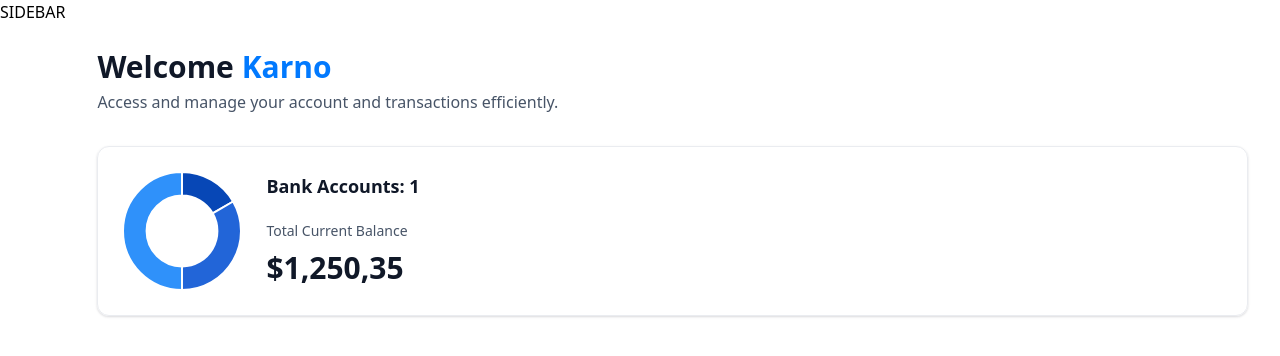
Repository: KarnoSarker/Banking
Page: /
The author's editor kept a copy of each file at every save. The page is drawn from the files as they stood at one save, then again after the next save.
The browser window is 1280 px wide. The pictures show the whole page.
The project was rebuilt for these pictures with package versions that can differ from the ones it lists, and the page was loaded fresh each time. The framework's server and built-in components were replaced by stand-ins that run in the browser. Also part of the build but not shown: next.config.mjs.

Above is the page before, as saved 2024-05-14 18:40:07.

### app/layout.tsx
import type { Metadata } from 'next';
import { Inter, IBM_Plex_Serif } from 'next/font/google';
import './globals.css';

const inter = Inter({ subsets: ['latin'], variable: '--font-inter' });
const ibmPlexSerif = IBM_Plex_Serif({
  subsets: ['latin'],
  weight: ['400', '700'],
  variable: '--font-ibm-plex-serif',
});

export const metadata: Metadata = {
  title: 'CityBank',
  description: 'CityBank for everyone',
  icons: {
    icon: '/icons/logo.svg',
  },
};

export default function RootLayout({
  children,
}: Readonly<{
  children: React.ReactNode;
}>) {
  return (
    <html lang='en'>
      <body className={`${inter.variable} ${ibmPlexSerif.variable}`}>
        {children}
      </body>
    </html>
  );
}

### app/(root)/layout.tsx
export default function RootLayout({
  children,
}: Readonly<{
  children: React.ReactNode;
}>) {
  return (
    <main className='flex h-screen '>
      SIDEBAR
      {children}
    </main>
  );
}

### app/(root)/page.tsx
import HeaderBox from '@/components/HeaderBox';
import TotalBalanceBox from '@/components/TotalBalanceBox';
import React from 'react';

const Home = () => {
  const loggedIn = { firstName: 'Karno' };
  return (
    <section className='home'>
      <div className='home-content'>
        <header className='home-header'>
          <HeaderBox
            type='greeting'
            title='Welcome'
            user={loggedIn?.firstName || 'Guest'}
            subtext='Access and manage your account and transactions efficiently.'
          />
        </header>
        <TotalBalanceBox
          accounts={[]}
          totalBanks={1}
          totalCurrentBalance={1250.35}
        />
      </div>
    </section>
  );
};

export default Home;

### components/HeaderBox.tsx
import React from 'react';

const HeaderBox = ({
  type = 'title',
  title,
  subtext,
  user,
}: HeaderBoxProps) => {
  return (
    <div className='header-box'>
      <h1 className='header-box-title'>
        {title}
        {type === 'greeting' && (
          <span className='text-bankGradient'>&nbsp;{user}</span>
        )}
      </h1>
      <p className='header-box-subtext'>{subtext}</p>
    </div>
  );
};

export default HeaderBox;

### components/TotalBalanceBox.tsx
import React from 'react';
import AnimatedCounter from './AnimatedCounter';
import DoughnutChart from './ui/DoughnutChart';

const TotalBalanceBox = ({
  accounts = [],
  totalBanks,
  totalCurrentBalance,
}: TotlaBalanceBoxProps) => {
  return (
    <section className='total-balance'>
      <div className='total-balance-chart'>
        <DoughnutChart accounts={accounts} />
      </div>
      <div className='flex flex-col gap-6'>
        <h2 className='header-2'>Bank Accounts: {totalBanks}</h2>
        <div className='flex flex-col gap-2'>
          <p className='total-balance-label'>Total Current Balance</p>
          <div className='total-balance-amount flex-center gap-2'>
            <AnimatedCounter amount={totalCurrentBalance} />
          </div>
        </div>
      </div>
    </section>
  );
};

export default TotalBalanceBox;

### components/AnimatedCounter.tsx
'use client';
import CountUp from 'react-countup';

const AnimatedCounter = ({ amount }: { amount: number }) => {
  return (
    <div className='w-full'>
      <CountUp
        duration={2.75}
        decimals={2}
        decimal=','
        prefix='$'
        end={amount}
      />
    </div>
  );
};

export default AnimatedCounter;

### components/ui/DoughnutChart.tsx
'use client';

import { Chart as ChartJS, ArcElement, Tooltip, Legend } from 'chart.js';
import { Doughnut } from 'react-chartjs-2';

ChartJS.register(ArcElement, Tooltip, Legend);

const DoughnutChart = ({ accounts }: DoughnutChartProps) => {
  const data = {
    datasets: [
      {
        label: 'Banks',
        data: [1250, 2500, 3750],
        backgroundColor: ['#0747b6', '#2265d8', '#2f91fa'],
      },
    ],
    labels: ['Bank 1', 'Bank 2', 'Bank 3'],
  };
  return (
    <Doughnut
      data={data}
      options={{
        cutout: '60%',
        plugins: {
          legend: {
            display: false,
          },
        },
      }}
    />
  );
};

export default DoughnutChart;

Loaded but not shown: app/globals.css (common file); tailwind.config.ts (common file)

After the next save:
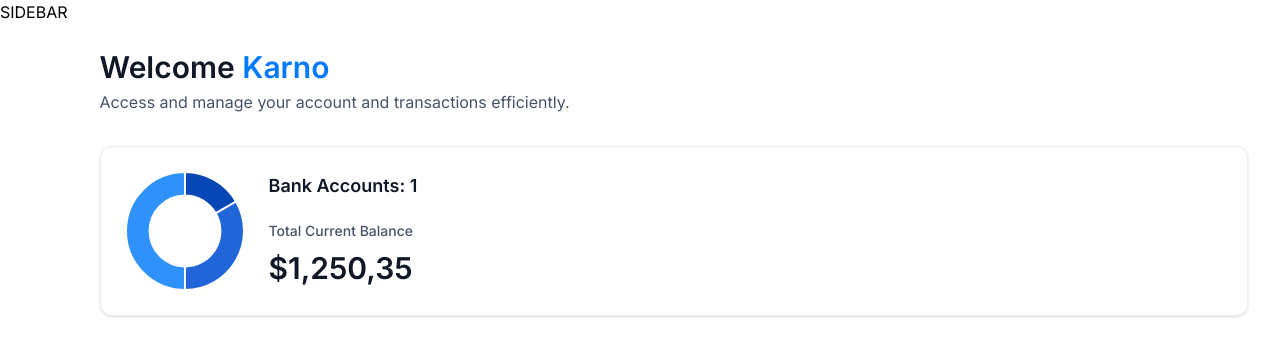
Saved 35 min 38 s later.
--- a/app/(root)/layout.tsx
+++ b/app/(root)/layout.tsx
@@ -4,7 +4,7 @@ export default function RootLayout({
   children: React.ReactNode;
 }>) {
   return (
-    <main className='flex h-screen '>
+    <main className='flex h-screen w-full font-inter'>
       SIDEBAR
       {children}
     </main>
